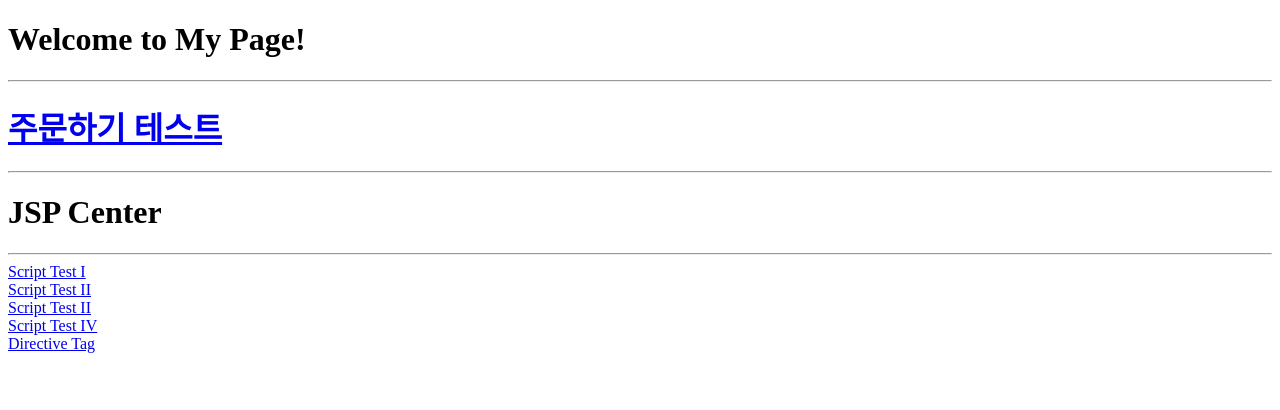
Repository: zxcvne/1400_web_nhs
Page: 05_jsp/src/web/src/main/webapp/index.html
An editor plug-in stored every save of this project. The page is shown before and after the next save, followed by the edit.
The browser window is 1280 px wide. The pictures show the whole page.

Above is the page before, as saved 2025-10-26 05:41:58.

After the next save:
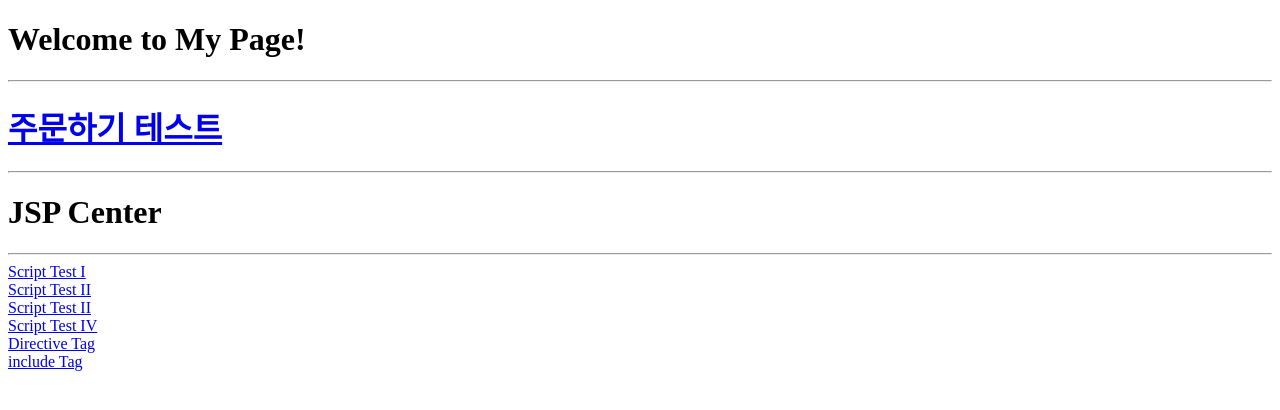
Saved 4 min 36 s later.
--- a/05_jsp/src/web/src/main/webapp/index.html
+++ b/05_jsp/src/web/src/main/webapp/index.html
@@ -16,5 +16,6 @@
 	<a href="03_script_test.jsp">Script Test II</a> <br>
 	<a href="04_script_test.jsp">Script Test IV</a> <br>
 	<a href="05_directive.jsp">Directive Tag</a> <br>
+	<a href="07_include.jsp">include Tag</a> <br>
 </body>
 </html>
